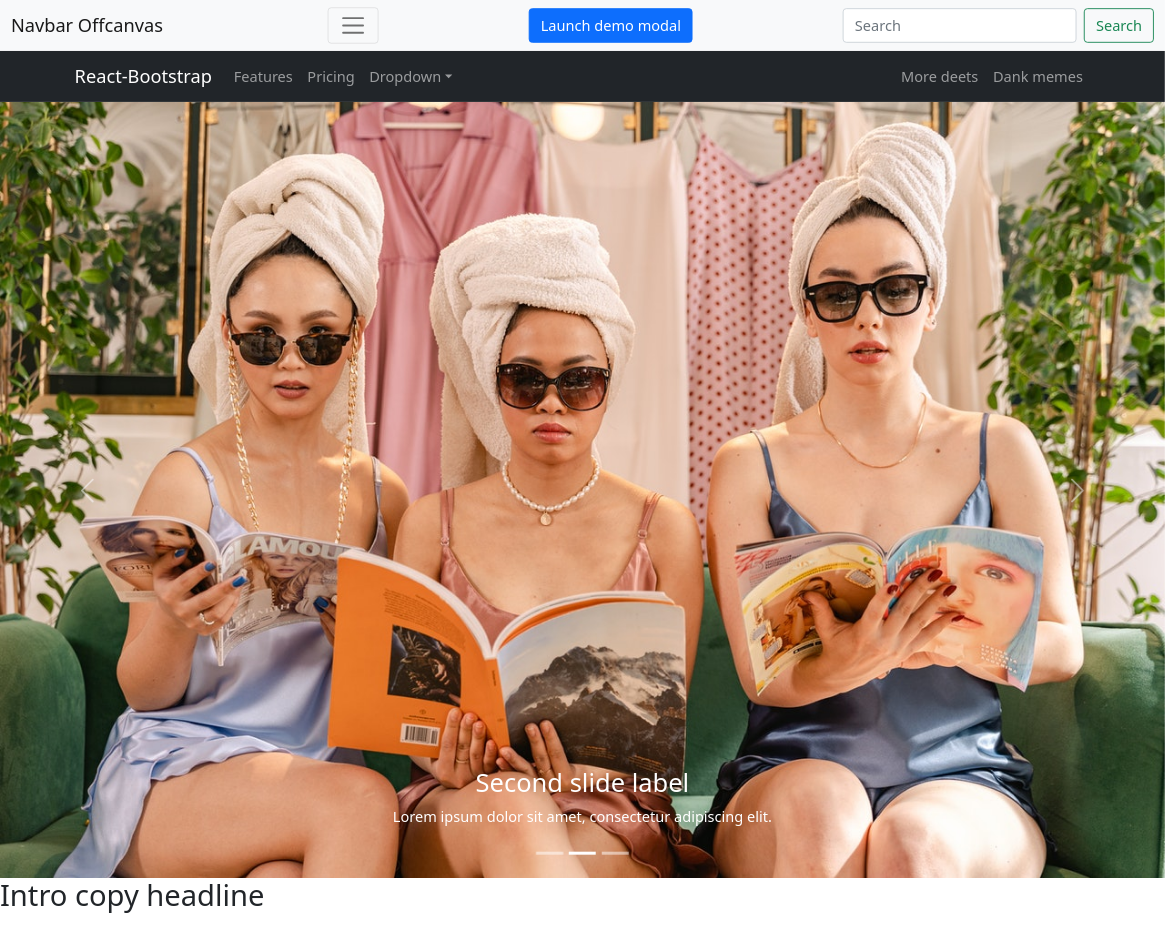
Repository: Yanira13/PruebaCodebay
Page: /
An editor plug-in stored every save of this project. The page is shown before and after the next save, followed by the edit.
The browser window is 1280 px wide. The pictures show the whole page, at 91% of full size.
The project was rebuilt for these pictures with package versions that can differ from the ones it lists, and the page was loaded fresh each time. Also part of the build but not shown: src/App.css.

Above is the page before, as saved 2021-12-14 21:47:33.

### src/App.js
import logo from './logo.svg';
import './App.css';
import Home from './pages/Home/home';
import 'bootstrap/dist/css/bootstrap.min.css';

function App() {
  return (
    <Home/>
  );
}

export default App;

### src/pages/Home/home.js
import React from "react";
import Header from "./components/Header";
import HeaderShop from "./components/headerShop/HeaderShop";
import Slider from "./components/Slider";

export default function Home (){
    return(
        <div>
            <HeaderShop/>
            <Header/>
            <Slider/>
            <p>
                <h2>Intro copy headline</h2>

            </p>
        </div>
    )
}

### src/pages/Home/components/Header.js
import React from "react";
import { Navbar,Container,Nav,NavDropdown } from "react-bootstrap";

export default function Header (){
    return(
        <Navbar collapseOnSelect expand="lg" bg="dark" variant="dark">
            <Container>
                <Navbar.Brand href="#home">React-Bootstrap</Navbar.Brand>
                <Navbar.Toggle aria-controls="responsive-navbar-nav" />
                <Navbar.Collapse id="responsive-navbar-nav">
                    <Nav className="me-auto">
                    <Nav.Link href="#features">Features</Nav.Link>
                    <Nav.Link href="#pricing">Pricing</Nav.Link>
                    <NavDropdown title="Dropdown" id="collasible-nav-dropdown">
                        <NavDropdown.Item href="#action/3.1">Action</NavDropdown.Item>
                        <NavDropdown.Item href="#action/3.2">Another action</NavDropdown.Item>
                        <NavDropdown.Item href="#action/3.3">Something</NavDropdown.Item>
                        <NavDropdown.Divider />
                        <NavDropdown.Item href="#action/3.4">Separated link</NavDropdown.Item>
                    </NavDropdown>
                    </Nav>
                    <Nav>
                    <Nav.Link href="#deets">More deets</Nav.Link>
                    <Nav.Link eventKey={2} href="#memes">
                        Dank memes
                    </Nav.Link>
                    </Nav>
                </Navbar.Collapse>
            </Container>
        </Navbar>
    )

}

### src/pages/Home/components/headerShop/HeaderShop.js
import React from "react";
import { Navbar,Container,Nav,NavDropdown,Offcanvas,Form,FormControl,Button } from "react-bootstrap";
import Login from "./Login";

export default function HeaderShop (){
    return(
        <Navbar bg="light" expand={false}>
            <Container fluid>
                <Navbar.Brand href="#">Navbar Offcanvas</Navbar.Brand>
                <Navbar.Toggle aria-controls="offcanvasNavbar" />
                <Navbar.Offcanvas
                    id="offcanvasNavbar"
                    aria-labelledby="offcanvasNavbarLabel"
                    placement="end"
                    >
                    <Offcanvas.Header closeButton>
                        <Offcanvas.Title id="offcanvasNavbarLabel">Offcanvas</Offcanvas.Title>
                    </Offcanvas.Header>
                    <Offcanvas.Body>
                        <Nav className="justify-content-end flex-grow-1 pe-3">
                        <Nav.Link href="#action1">Home</Nav.Link>
                        <Nav.Link href="#action2">Link</Nav.Link>
                        <NavDropdown title="Dropdown" id="offcanvasNavbarDropdown">
                            <NavDropdown.Item href="#action3">Action</NavDropdown.Item>
                            <NavDropdown.Item href="#action4">Another action</NavDropdown.Item>
                            <NavDropdown.Divider />
                            <NavDropdown.Item href="#action5">
                            Something else here
                            </NavDropdown.Item>
                        </NavDropdown>
                        </Nav>
                    </Offcanvas.Body>
                </Navbar.Offcanvas>
                <Login/>
                <Form className="d-flex">
                    <FormControl
                        type="search"
                        placeholder="Search"
                        className="me-2"
                        aria-label="Search"
                    />
                    <Button variant="outline-success">Search</Button>
                </Form>
            </Container>
        </Navbar>
    )

}

### src/pages/Home/components/Slider.js
import React from "react";
import { Carousel } from "react-bootstrap";
import model1 from "../../../media/img/model1.jpg";
import model2 from "../../../media/img/model2.jpg";
import model3 from "../../../media/img/model3.jpg";

export default function Slider (){
    return(
        <Carousel fade>
            <Carousel.Item>
                <img
                className="d-block w-100"
                src={model1}
                alt="First slide"
                />
                <Carousel.Caption>
                <h3>First slide label</h3>
                <p>Nulla vitae elit libero, a pharetra augue mollis interdum.</p>
                </Carousel.Caption>
            </Carousel.Item>
            <Carousel.Item>
                <img
                className="d-block w-100"
                src={model2}
                alt="Second slide"
                />

                <Carousel.Caption>
                <h3>Second slide label</h3>
                <p>Lorem ipsum dolor sit amet, consectetur adipiscing elit.</p>
                </Carousel.Caption>
            </Carousel.Item>
            <Carousel.Item>
                <img
                className="d-block w-100"
                src={model3}
                alt="Third slide"
                />

                <Carousel.Caption>
                <h3>Third slide label</h3>
                <p>Praesent commodo cursus magna, vel scelerisque nisl consectetur.</p>
                </Carousel.Caption>
            </Carousel.Item>
        </Carousel>
    )
}

### src/pages/Home/components/headerShop/Login.js
import React, {useState} from "react";
import { Button,Modal,Form} from "react-bootstrap";

export default function Login() {
        const [show, setShow] = useState(false);

        const handleClose = () => setShow(false);
        const handleShow = () => setShow(true);

        return (
            <>
            <Button variant="primary" onClick={handleShow}>
                Launch demo modal
            </Button>

            <Modal show={show} onHide={handleClose}>
                <Modal.Header closeButton>
                <Modal.Title>Sing In</Modal.Title>
                </Modal.Header>
                <Modal.Body>
                    <Form>
                        <Form.Group className="mb-3" controlId="formBasicEmail">
                            <Form.Label>Email address</Form.Label>
                            <Form.Control type="email" placeholder="Enter email" />
                            <Form.Text className="text-muted">
                            We'll never share your email with anyone else.
                            </Form.Text>
                        </Form.Group>

                        <Form.Group className="mb-3" controlId="formBasicPassword">
                            <Form.Label>Password</Form.Label>
                            <Form.Control type="password" placeholder="Password" />
                        </Form.Group>
                        <Form.Group className="mb-3" controlId="formBasicCheckbox">
                            <Form.Check type="checkbox" label="Check me out" />
                        </Form.Group>
                        <Button variant="primary" type="submit">
                            Submit
                        </Button>
                    </Form>
                </Modal.Body>
                <Modal.Footer>
                <Button variant="secondary" onClick={handleClose}>
                    Close
                </Button>
                <Button variant="primary" onClick={handleClose}>
                    Save Changes
                </Button>
                </Modal.Footer>
            </Modal>
            </>
        );
}

Loaded but not shown: public/index.html (common file); src/index.js (common file); src/index.css (common file); src/reportWebVitals.js (common file)

After the next save:
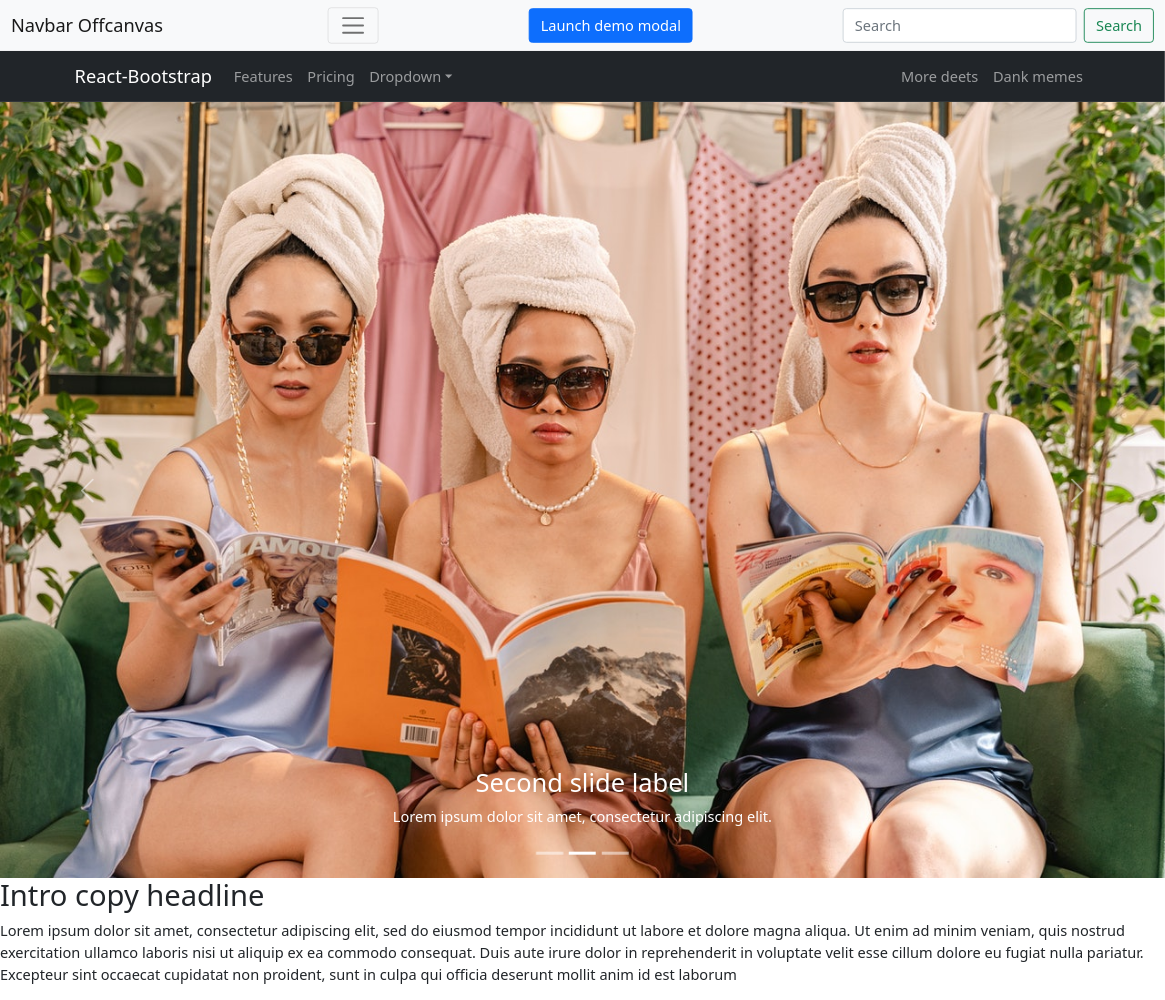
Saved 51 s later.
--- a/src/pages/Home/home.js
+++ b/src/pages/Home/home.js
@@ -11,7 +11,7 @@ export default function Home (){
             <Slider/>
             <p>
                 <h2>Intro copy headline</h2>
-
+                Lorem ipsum dolor sit amet, consectetur adipiscing elit, sed do eiusmod tempor incididunt ut labore et dolore magna aliqua. Ut enim ad minim veniam, quis nostrud exercitation ullamco laboris nisi ut aliquip ex ea commodo consequat. Duis aute irure dolor in reprehenderit in voluptate velit esse cillum dolore eu fugiat nulla pariatur. Excepteur sint occaecat cupidatat non proident, sunt in culpa qui officia deserunt mollit anim id est laborum
             </p>
         </div>
     )
